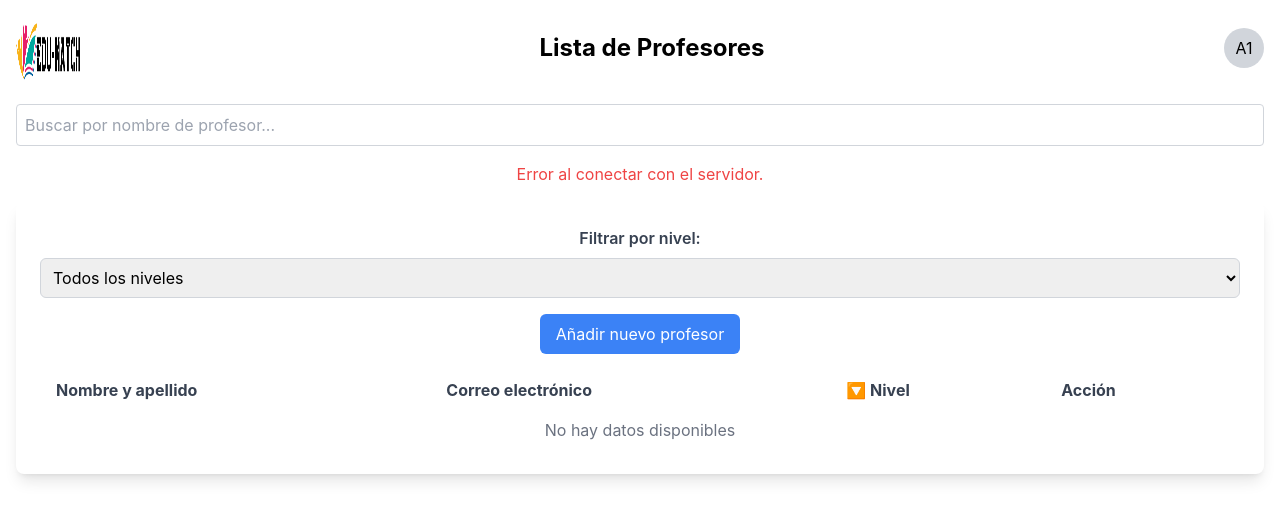
Repository: sofikalpin/EduMatch
Page: /administrador/listaProfesores (app in frontend-sistema-apoyo/frontend-sistema-apoyo/)
An editor plug-in stored every save of this project. The page is shown before and after the next save, followed by the edit.
The browser window is 1280 px wide. The pictures show the whole page.
The page's requests for data from a server got no answer. The project was rebuilt for these pictures with package versions that can differ from the ones it lists, and the page was loaded fresh each time. No one was signed in, and anything a server would have sent is missing. Also part of the build but not shown: frontend-sistema-apoyo/frontend-sistema-apoyo/src/componentes/inicio/Componentes/TopBar.js, frontend-sistema-apoyo/frontend-sistema-apoyo/src/componentes/inicio/Componentes/ProgramDropdown.js, frontend-sistema-apoyo/frontend-sistema-apoyo/src/componentes/inicio/Componentes/Header.js, frontend-sistema-apoyo/frontend-sistema-apoyo/src/componentes/inicio/Componentes/Footer.js, frontend-sistema-apoyo/frontend-sistema-apoyo/src/componentes/inicio/Inicio/Inicio.js, frontend-sistema-apoyo/frontend-sistema-apoyo/src/componentes/login/ForgotPassword.js, frontend-sistema-apoyo/frontend-sistema-apoyo/src/componentes/login/Login.js, frontend-sistema-apoyo/frontend-sistema-apoyo/src/componentes/registrar/Registrar.js and 22 more.

Above is the page before, as saved 2025-02-03 22:09:45.

After the next save:
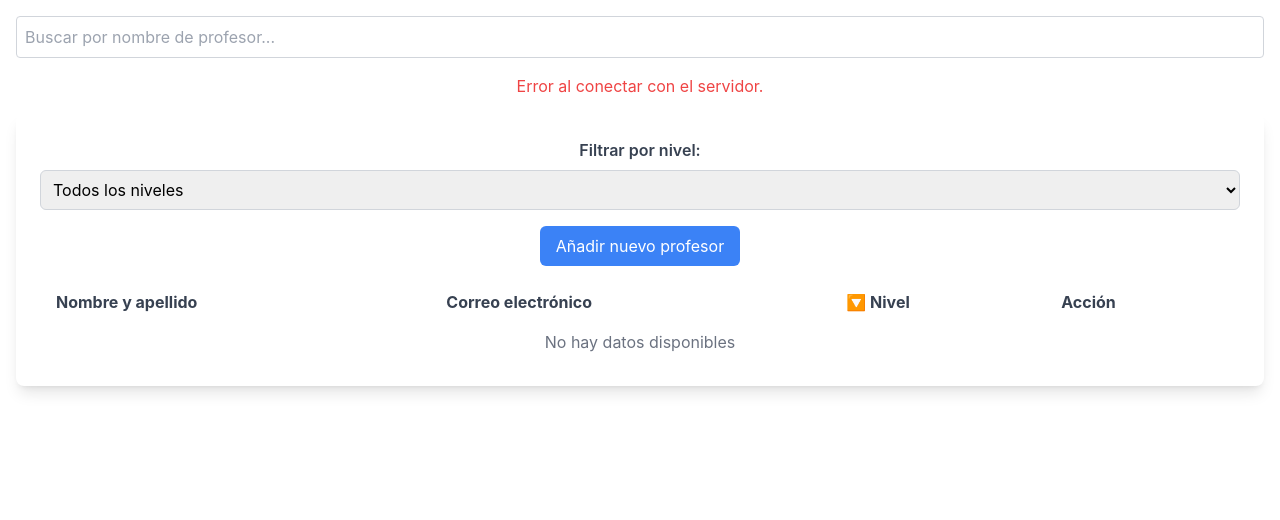
Saved 3 min 43 s later.
--- a/frontend-sistema-apoyo/frontend-sistema-apoyo/src/componentes/Administrador/Profesores/listaProfesores.js
+++ b/frontend-sistema-apoyo/frontend-sistema-apoyo/src/componentes/Administrador/Profesores/listaProfesores.js
@@ -65,16 +65,7 @@ const ListaProfesores = () => {
 
     return (
         <div className="container mx-auto p-4">
-            <header className="flex items-center justify-between mb-6">
-                <img src={logo} alt="Logo" className="w-16 h-16" />
-                <h1 className="text-2xl font-bold">Lista de Profesores</h1>
-                <button
-                    className="bg-gray-300 text-black rounded-full w-10 h-10 flex items-center justify-center"
-                    onClick={() => navigate("/perfil")}
-                >
-                    {iniciales("Administrador 1")}
-                </button>
-            </header>
+
 
             <input
                 type="text"
